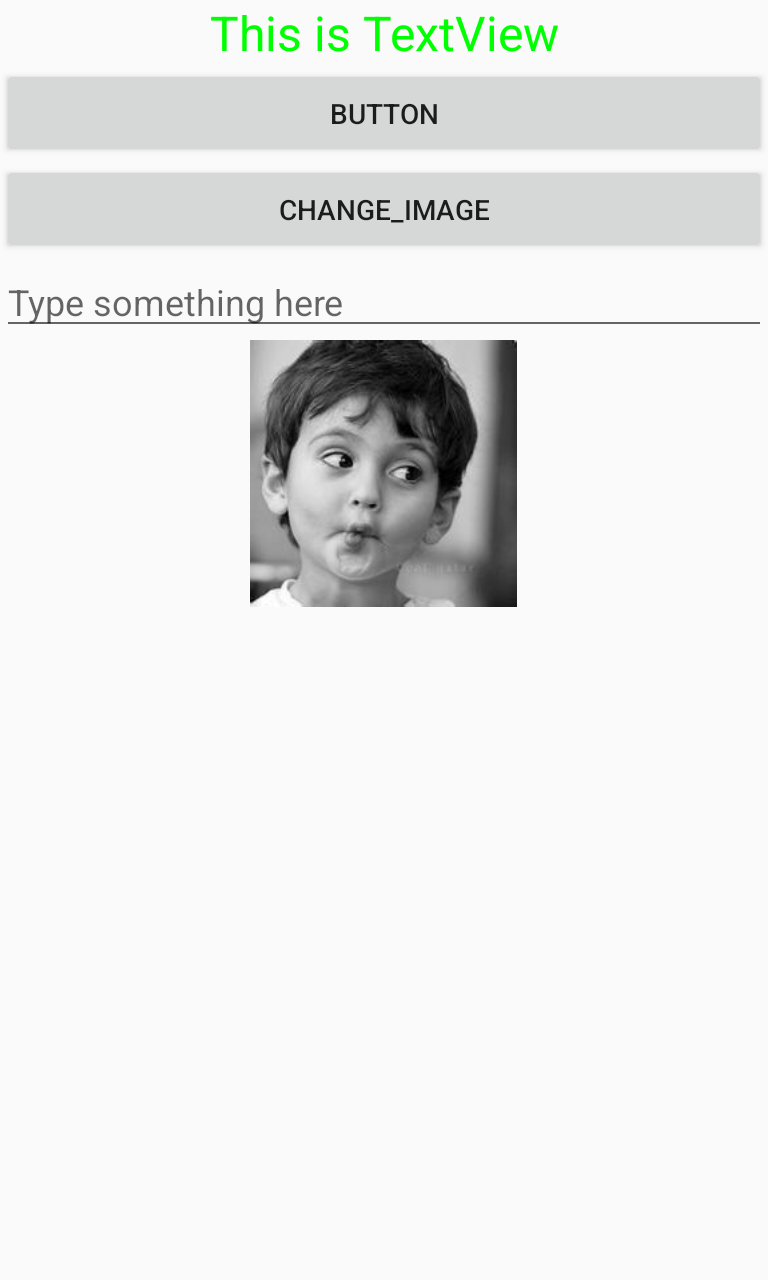
Repository: hohoTT/Android_summarize
Layout: UIWidgeTest/res/layout/activity_main.xml
These files come from the project's save history. The layout is drawn as it stood at one moment and after the next save; the edit follows.
It is drawn on a 768 x 1280 px phone screen (xhdpi) without system bars, with theme AppTheme; the app's code is not run.

Above is the layout before, as saved 2016-02-23 09:03:00.

After the next save:
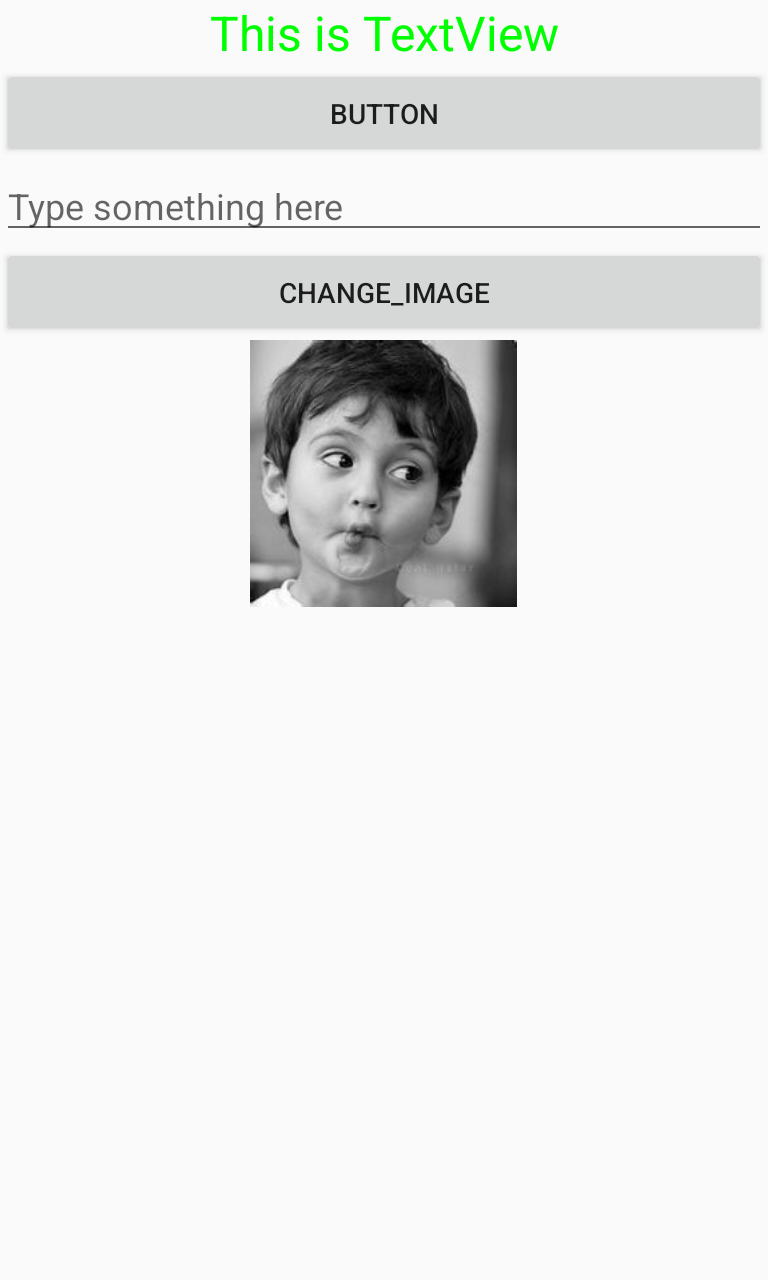
Saved 14 s later.
--- a/UIWidgeTest/res/layout/activity_main.xml
+++ b/UIWidgeTest/res/layout/activity_main.xml
@@ -18,18 +18,18 @@
         android:layout_height="wrap_content"
         android:text="Button" />
 
-    <Button
-        android:id="@+id/button_change_image"
-        android:layout_width="match_parent"
-        android:layout_height="wrap_content"
-        android:text="change_image" />
-
     <EditText
         android:id="@+id/edit_text"
         android:layout_width="match_parent"
         android:layout_height="wrap_content"
         android:hint="Type something here"
         android:maxLines="2" />
+
+    <Button
+        android:id="@+id/button_change_image"
+        android:layout_width="match_parent"
+        android:layout_height="wrap_content"
+        android:text="change_image" />
 
     <ImageView
         android:id="@+id/image_view"
